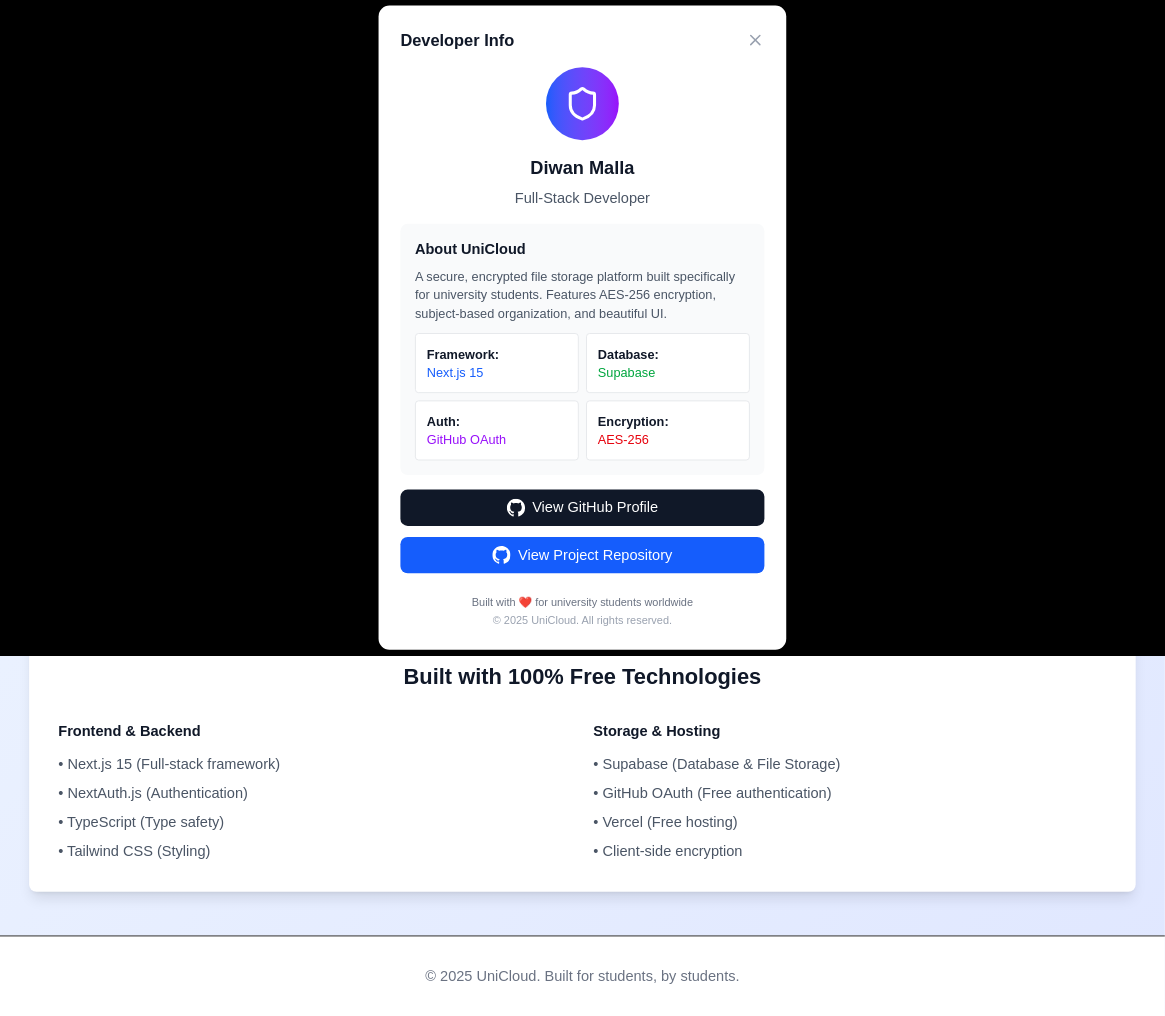
Repository: DiwanMalla/UniCloud
Page: /, after clicking the first element matching `button.flex`
The author's editor kept a copy of each file at every save. The page is drawn from the files as they stood at one save, then again after the next save.
The browser window is 1280 px wide. The pictures show the whole page, at 91% of full size.
The page's requests for data from a server got no answer. The project was rebuilt for these pictures with package versions that can differ from the ones it lists, and the page was loaded fresh each time. The framework's server and built-in components were replaced by stand-ins that run in the browser. No one was signed in, and anything a server would have sent is missing. Also part of the build but not shown: next.config.ts.

Above is the page before, as saved 2025-08-31 16:04:13.

### src/app/layout.tsx
import type { Metadata } from "next";
import { Geist, Geist_Mono } from "next/font/google";
import "./globals.css";
import { AuthProvider } from "@/components/AuthProvider";

const geistSans = Geist({
  variable: "--font-geist-sans",
  subsets: ["latin"],
});

const geistMono = Geist_Mono({
  variable: "--font-geist-mono",
  subsets: ["latin"],
});

export const metadata: Metadata = {
  title: "UniCloud - Secure University File Storage",
  description:
    "Secure, encrypted cloud storage platform for university students. Organize assignments, notes, and academic resources with subject-based folders and military-grade encryption.",
  keywords:
    "university, file storage, secure, encrypted, academic, assignments, cloud storage, student, education",
  authors: [{ name: "UniCloud Team" }],
  openGraph: {
    title: "UniCloud - Secure University File Storage",
    description:
      "Secure, encrypted cloud storage for university files and assignments",
    type: "website",
  },
  robots: "index, follow",
};

export default function RootLayout({
  children,
}: Readonly<{
  children: React.ReactNode;
}>) {
  return (
    <html lang="en">
      <body
        className={`${geistSans.variable} ${geistMono.variable} antialiased`}
      >
        <AuthProvider>{children}</AuthProvider>
      </body>
    </html>
  );
}

### src/app/page.tsx
"use client";

import { useSession } from "next-auth/react";
import { useRouter } from "next/navigation";
import { useEffect, useState } from "react";
import { Shield, Cloud, Lock, FileText, X } from "lucide-react";

export default function Home() {
  const { data: session, status } = useSession();
  const router = useRouter();
  const [showDeveloperModal, setShowDeveloperModal] = useState(false);

  useEffect(() => {
    if (session) {
      router.push("/file-upload");
    }
  }, [session, router]);

  if (status === "loading") {
    return (
      <div className="min-h-screen flex items-center justify-center">
        <div className="text-lg">Loading...</div>
      </div>
    );
  }

  if (session) {
    return (
      <div className="min-h-screen flex items-center justify-center">
        <div className="text-lg">Redirecting...</div>
      </div>
    );
  }

  return (
    <div className="min-h-screen bg-gradient-to-br from-blue-50 to-indigo-100">
      {/* Header */}
      <header className="bg-white shadow-sm">
        <div className="max-w-7xl mx-auto px-4 sm:px-6 lg:px-8">
          <div className="flex justify-between items-center py-6">
            <div className="flex items-center">
              <Cloud className="h-8 w-8 text-blue-600 mr-3" />
              <h1 className="text-2xl font-bold text-gray-900">UniCloud</h1>
            </div>
            <div className="flex items-center space-x-4">
              <button
                onClick={() => setShowDeveloperModal(true)}
                className="flex items-center gap-2 bg-gradient-to-r from-purple-600 to-blue-600 hover:from-purple-700 hover:to-blue-700 text-white px-4 py-2 rounded-lg text-sm font-medium transition-all transform hover:scale-105 shadow-lg"
                title="Developer Info"
              >
                <Shield className="w-4 h-4" />
                Developer
              </button>
              <button
                onClick={() => router.push("/auth/signin")}
                className="bg-blue-600 hover:bg-blue-700 text-white px-4 py-2 rounded-md text-sm font-medium"
              >
                Sign In
              </button>
            </div>
          </div>
        </div>
      </header>

      {/* Hero Section */}
      <main className="max-w-7xl mx-auto px-4 sm:px-6 lg:px-8 py-12">
        <div className="text-center">
          <h2 className="text-4xl font-extrabold text-gray-900 sm:text-6xl">
            Secure University
            <span className="text-blue-600"> File Storage</span>
          </h2>
          <p className="mt-6 text-xl text-gray-500 max-w-3xl mx-auto">
            Store your university assignments, research papers, and documents
            securely in the cloud. Your files are encrypted end-to-end and
            accessible from anywhere.
          </p>
          <div className="mt-10">
            <button
              onClick={() => router.push("/auth/signin")}
              className="bg-blue-600 hover:bg-blue-700 text-white px-8 py-3 rounded-md text-lg font-medium"
            >
              Get Started Free
            </button>
          </div>
        </div>

        {/* Features */}
        <div className="mt-20">
          <div className="grid md:grid-cols-3 gap-8">
            <div className="text-center">
              <div className="flex justify-center">
                <Lock className="h-12 w-12 text-blue-600" />
              </div>
              <h3 className="mt-4 text-xl font-semibold text-gray-900">
                End-to-End Encryption
              </h3>
              <p className="mt-2 text-gray-500">
                Your files are encrypted before upload and decrypted only when
                you download them. Even we can&apos;t see your content.
              </p>
            </div>

            <div className="text-center">
              <div className="flex justify-center">
                <Cloud className="h-12 w-12 text-blue-600" />
              </div>
              <h3 className="mt-4 text-xl font-semibold text-gray-900">
                Cloud Storage
              </h3>
              <p className="mt-2 text-gray-500">
                Access your files from any device, anywhere. No more running out
                of laptop storage for your university work.
              </p>
            </div>

            <div className="text-center">
              <div className="flex justify-center">
                <FileText className="h-12 w-12 text-blue-600" />
              </div>
              <h3 className="mt-4 text-xl font-semibold text-gray-900">
                All File Types
              </h3>
              <p className="mt-2 text-gray-500">
                Upload any file type - documents, presentations, images, videos,
                and more. Perfect for all your university needs.
              </p>
            </div>
          </div>
        </div>

        {/* Tech Stack */}
        <div className="mt-20 bg-white rounded-lg shadow-lg p-8">
          <h3 className="text-2xl font-bold text-gray-900 text-center mb-8">
            Built with 100% Free Technologies
          </h3>
          <div className="grid md:grid-cols-2 gap-6">
            <div>
              <h4 className="font-semibold text-gray-900 mb-3">
                Frontend & Backend
              </h4>
              <ul className="space-y-2 text-gray-600">
                <li>• Next.js 15 (Full-stack framework)</li>
                <li>• NextAuth.js (Authentication)</li>
                <li>• TypeScript (Type safety)</li>
                <li>• Tailwind CSS (Styling)</li>
              </ul>
            </div>
            <div>
              <h4 className="font-semibold text-gray-900 mb-3">
                Storage & Hosting
              </h4>
              <ul className="space-y-2 text-gray-600">
                <li>• Supabase (Database & File Storage)</li>
                <li>• GitHub OAuth (Free authentication)</li>
                <li>• Vercel (Free hosting)</li>
                <li>• Client-side encryption</li>
              </ul>
            </div>
          </div>
        </div>
      </main>

      {/* Footer */}
      <footer className="bg-white border-t">
        <div className="max-w-7xl mx-auto px-4 sm:px-6 lg:px-8 py-8">
          <div className="text-center text-gray-500">
            <p>&copy; 2025 UniCloud. Built for students, by students.</p>
          </div>
        </div>
      </footer>

      {/* Developer Info Modal */}
      {showDeveloperModal && (
        <div className="fixed inset-0 bg-black bg-opacity-50 flex items-center justify-center z-50">
          <div className="bg-white rounded-xl p-6 w-full max-w-md mx-4">
            <div className="flex justify-between items-center mb-4">
              <h3 className="text-lg font-semibold text-gray-900">
                Developer Info
              </h3>
              <button
                onClick={() => setShowDeveloperModal(false)}
                className="text-gray-400 hover:text-gray-600"
              >
                <X className="w-5 h-5" />
              </button>
            </div>
            <div className="space-y-4">
              <div className="text-center">
                <div className="bg-gradient-to-r from-blue-600 to-purple-600 rounded-full w-20 h-20 mx-auto mb-4 flex items-center justify-center">
                  <Shield className="w-10 h-10 text-white" />
                </div>
                <h4 className="text-xl font-bold text-gray-900 mb-2">
                  Diwan Malla
                </h4>
                <p className="text-gray-600 mb-4">Full-Stack Developer</p>
              </div>

              <div className="bg-gray-50 rounded-lg p-4">
                <h5 className="font-semibold text-gray-900 mb-2">
                  About UniCloud
                </h5>
                <p className="text-sm text-gray-600 mb-3">
                  A secure, encrypted file storage platform built specifically
                  for university students. Features AES-256 encryption,
                  subject-based organization, and beautiful UI.
                </p>
                <div className="grid grid-cols-2 gap-2 text-sm">
                  <div className="bg-white rounded p-3 border border-gray-200">
                    <div className="font-semibold text-gray-900">Framework:</div>
                    <div className="text-blue-600 font-medium">Next.js 15</div>
                  </div>
                  <div className="bg-white rounded p-3 border border-gray-200">
                    <div className="font-semibold text-gray-900">Database:</div>
                    <div className="text-green-600 font-medium">Supabase</div>
                  </div>
                  <div className="bg-white rounded p-3 border border-gray-200">
                    <div className="font-semibold text-gray-900">Auth:</div>
                    <div className="text-purple-600 font-medium">GitHub OAuth</div>
                  </div>
                  <div className="bg-white rounded p-3 border border-gray-200">
                    <div className="font-semibold text-gray-900">Encryption:</div>
                    <div className="text-red-600 font-medium">AES-256</div>
                  </div>
                </div>
              </div>

              <div className="space-y-3">
                <a
                  href="https://github.com/DiwanMalla"
                  target="_blank"
                  rel="noopener noreferrer"
                  className="flex items-center justify-center w-full bg-gray-900 text-white py-2 rounded-lg hover:bg-gray-800 transition-colors"
                >
                  <svg
                    className="w-5 h-5 mr-2"
                    fill="currentColor"
                    viewBox="0 0 24 24"
                  >
                    <path d="M12 0C5.37 0 0 5.37 0 12c0 5.31 3.435 9.795 8.205 11.385.6.105.825-.255.825-.57 0-.285-.015-1.23-.015-2.235-3.015.555-3.795-.735-4.035-1.41-.135-.345-.72-1.41-1.23-1.695-.42-.225-1.02-.78-.015-.795.945-.015 1.62.87 1.845 1.23 1.08 1.815 2.805 1.305 3.495.99.105-.78.42-1.305.765-1.605-2.67-.3-5.46-1.335-5.46-5.925 0-1.305.465-2.385 1.23-3.225-.12-.3-.54-1.53.12-3.18 0 0 1.005-.315 3.3 1.23.96-.27 1.98-.405 3-.405s2.04.135 3 .405c2.295-1.56 3.3-1.23 3.3-1.23.66 1.65.24 2.88.12 3.18.765.84 1.23 1.905 1.23 3.225 0 4.605-2.805 5.625-5.475 5.925.435.375.81 1.095.81 2.22 0 1.605-.015 2.895-.015 3.3 0 .315.225.69.825.57A12.02 12.02 0 0024 12c0-6.63-5.37-12-12-12z" />
                  </svg>
                  View GitHub Profile
                </a>
                <a
                  href="https://github.com/DiwanMalla/UniCloud"
                  target="_blank"
                  rel="noopener noreferrer"
                  className="flex items-center justify-center w-full bg-blue-600 text-white py-2 rounded-lg hover:bg-blue-700 transition-colors"
                >
                  <svg
                    className="w-5 h-5 mr-2"
                    fill="currentColor"
                    viewBox="0 0 24 24"
                  >
                    <path d="M12 0C5.37 0 0 5.37 0 12c0 5.31 3.435 9.795 8.205 11.385.6.105.825-.255.825-.57 0-.285-.015-1.23-.015-2.235-3.015.555-3.795-.735-4.035-1.41-.135-.345-.72-1.41-1.23-1.695-.42-.225-1.02-.78-.015-.795.945-.015 1.62.87 1.845 1.23 1.08 1.815 2.805 1.305 3.495.99.105-.78.42-1.305.765-1.605-2.67-.3-5.46-1.335-5.46-5.925 0-1.305.465-2.385 1.23-3.225-.12-.3-.54-1.53.12-3.18 0 0 1.005-.315 3.3 1.23.96-.27 1.98-.405 3-.405s2.04.135 3 .405c2.295-1.56 3.3-1.23 3.3-1.23.66 1.65.24 2.88.12 3.18.765.84 1.23 1.905 1.23 3.225 0 4.605-2.805 5.625-5.475 5.925.435.375.81 1.095.81 2.22 0 1.605-.015 2.895-.015 3.3 0 .315.225.69.825.57A12.02 12.02 0 0024 12c0-6.63-5.37-12-12-12z" />
                  </svg>
                  View Project Repository
                </a>
              </div>

              <div className="text-center pt-2">
                <p className="text-xs text-gray-500">
                  Built with ❤️ for university students worldwide
                </p>
                <p className="text-xs text-gray-400 mt-1">
                  © 2025 UniCloud. All rights reserved.
                </p>
              </div>
            </div>
          </div>
        </div>
      )}
    </div>
  );
}

Loaded but not shown: src/app/globals.css (common file); src/components/AuthProvider.tsx (common file)

After the next save:
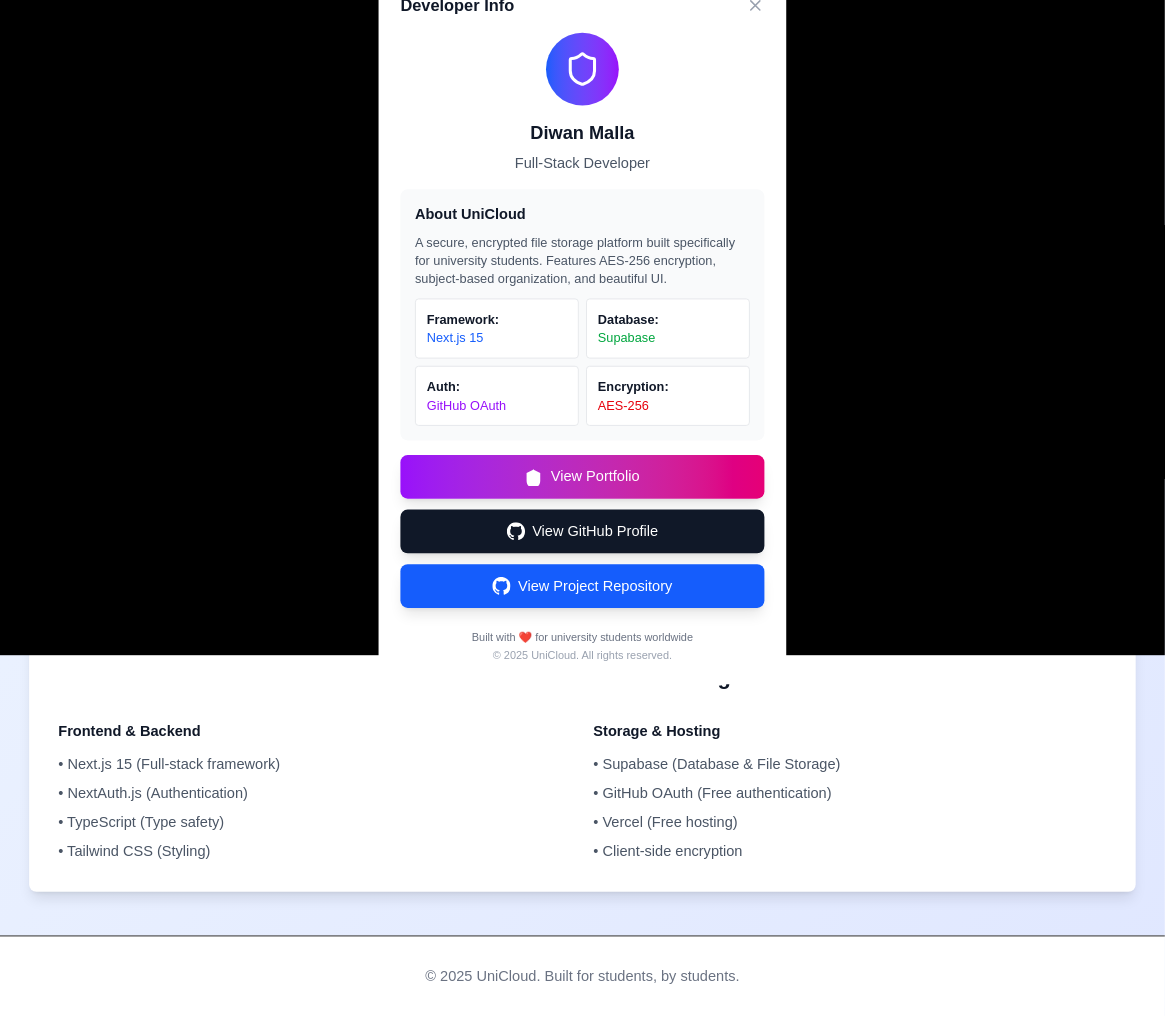
Saved 29 s later.
--- a/src/app/page.tsx
+++ b/src/app/page.tsx
@@ -226,10 +226,21 @@
 
               <div className="space-y-3">
                 <a
+                  href="https://diwanmalla.vercel.app"
+                  target="_blank"
+                  rel="noopener noreferrer"
+                  className="flex items-center justify-center w-full bg-gradient-to-r from-purple-600 to-pink-600 hover:from-purple-700 hover:to-pink-700 text-white py-3 rounded-lg transition-all transform hover:scale-105 shadow-lg"
+                >
+                  <svg className="w-5 h-5 mr-2" fill="currentColor" viewBox="0 0 24 24">
+                    <path d="M12 2L2 7v10c0 5.55 3.84 9.74 9 9.74s9-4.19 9-9.74V7l-10-5z"/>
+                  </svg>
+                  View Portfolio
+                </a>
+                <a
                   href="https://github.com/DiwanMalla"
                   target="_blank"
                   rel="noopener noreferrer"
-                  className="flex items-center justify-center w-full bg-gray-900 text-white py-2 rounded-lg hover:bg-gray-800 transition-colors"
+                  className="flex items-center justify-center w-full bg-gray-900 text-white py-3 rounded-lg hover:bg-gray-800 transition-all transform hover:scale-105 shadow-lg"
                 >
                   <svg
                     className="w-5 h-5 mr-2"
@@ -244,7 +255,7 @@
                   href="https://github.com/DiwanMalla/UniCloud"
                   target="_blank"
                   rel="noopener noreferrer"
-                  className="flex items-center justify-center w-full bg-blue-600 text-white py-2 rounded-lg hover:bg-blue-700 transition-colors"
+                  className="flex items-center justify-center w-full bg-blue-600 text-white py-3 rounded-lg hover:bg-blue-700 transition-all transform hover:scale-105 shadow-lg"
                 >
                   <svg
                     className="w-5 h-5 mr-2"
